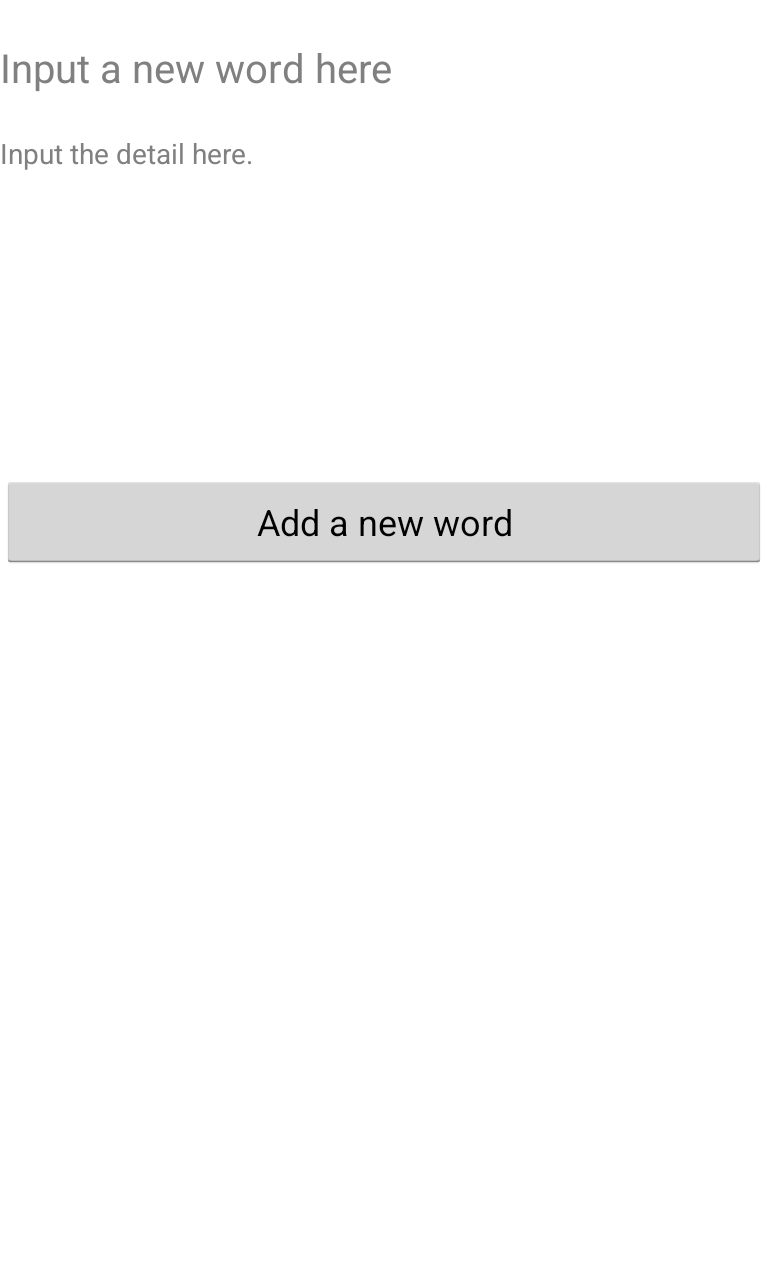
Repository: Liu-D-Henrry/Android
Layout: Dictionary/res/layout/main.xml
An editor plug-in stored every save of this project. The layout is shown before and after the next save, followed by the edit.
It is drawn on a 768 x 1280 px phone screen (xhdpi) without system bars, with theme AppTheme; the app's code is not run.

Above is the layout before, as saved 2013-09-04 07:35:23.

### Dictionary/res/layout/main.xml
<?xml version="1.0" encoding="utf-8"?>
<LinearLayout xmlns:android="http://schemas.android.com/apk/res/android"
    android:layout_width="match_parent"
    android:layout_height="match_parent"
    android:orientation="vertical" >

    <TextView
        android:id="@+id/word"
        android:layout_width="match_parent"
        android:layout_height="wrap_content"
        android:layout_marginTop="20dp"
        android:textSize="20sp"
        android:hint="Input a new word here" />

	<TextView
	    android:id="@+id/detail"
	    android:layout_width="match_parent"
	    android:layout_height="150dp"
        android:layout_marginTop="20dp"
	    android:hint="Input the detail here."/>

	<Button
	    android:id="@+id/insert"
	    android:layout_width="match_parent"
	    android:layout_height="wrap_content"
        android:layout_marginTop="20dp"
	    android:text="Add a new word" />

</LinearLayout>

### Dictionary/res/values/strings.xml
<?xml version="1.0" encoding="utf-8"?>
<resources>

    <string name="app_name">Dictionary</string>
    <string name="action_settings">Settings</string>
    <string name="hello_world">Hello world!</string>

    <string name="hintWord">Please input a new word here</string>
    <string name="hintDetail">Please input the detail here</string>
    <string name="textInsert">Add a new word</string>

</resources>

Loaded but not shown: Dictionary/res/values/styles.xml (common file); Dictionary/res/values-v11/styles.xml (common file); Dictionary/res/values-v14/styles.xml (common file)

After the next save:
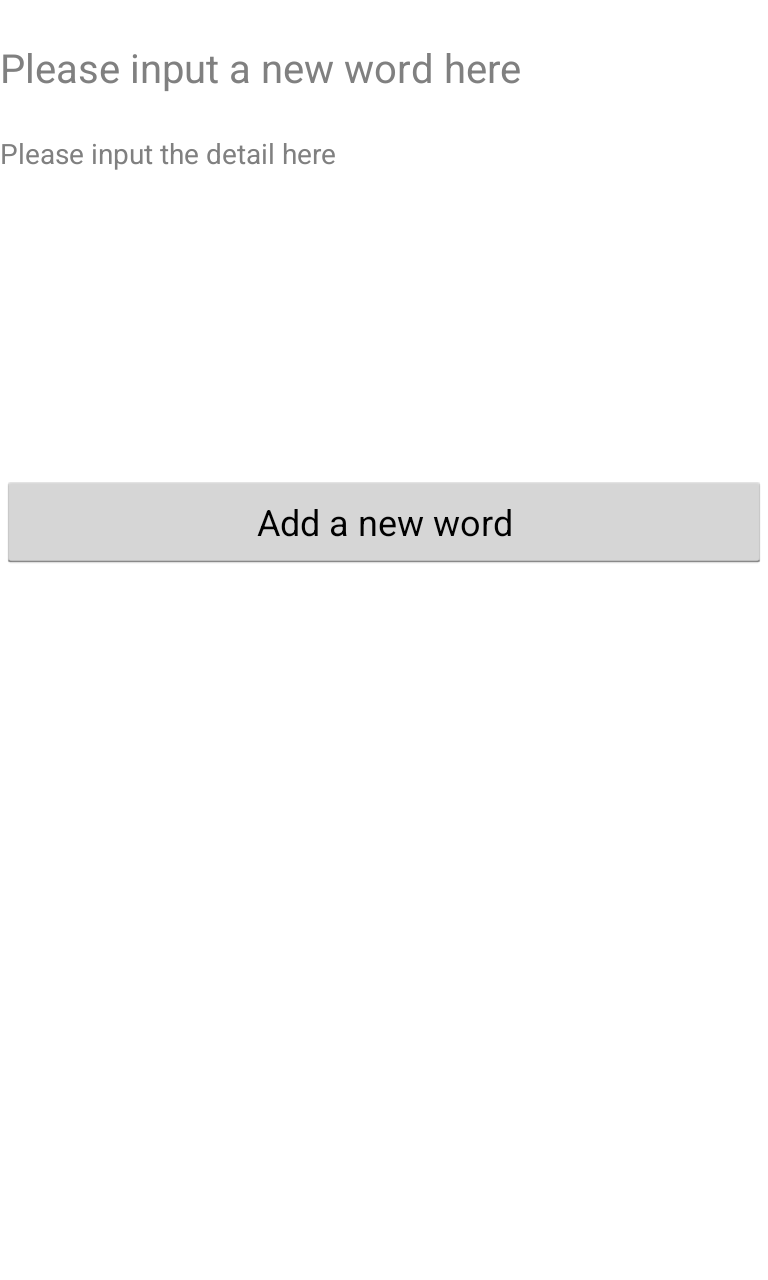
Saved 42 s later.
--- a/Dictionary/res/layout/main.xml
+++ b/Dictionary/res/layout/main.xml
@@ -10,14 +10,14 @@
         android:layout_height="wrap_content"
         android:layout_marginTop="20dp"
         android:textSize="20sp"
-        android:hint="Input a new word here" />
+        android:hint="@string/hintWord" />
 
 	<TextView
 	    android:id="@+id/detail"
 	    android:layout_width="match_parent"
 	    android:layout_height="150dp"
         android:layout_marginTop="20dp"
-	    android:hint="Input the detail here."/>
+	    android:hint="@string/hintDetail"/>
 
 	<Button
 	    android:id="@+id/insert"
